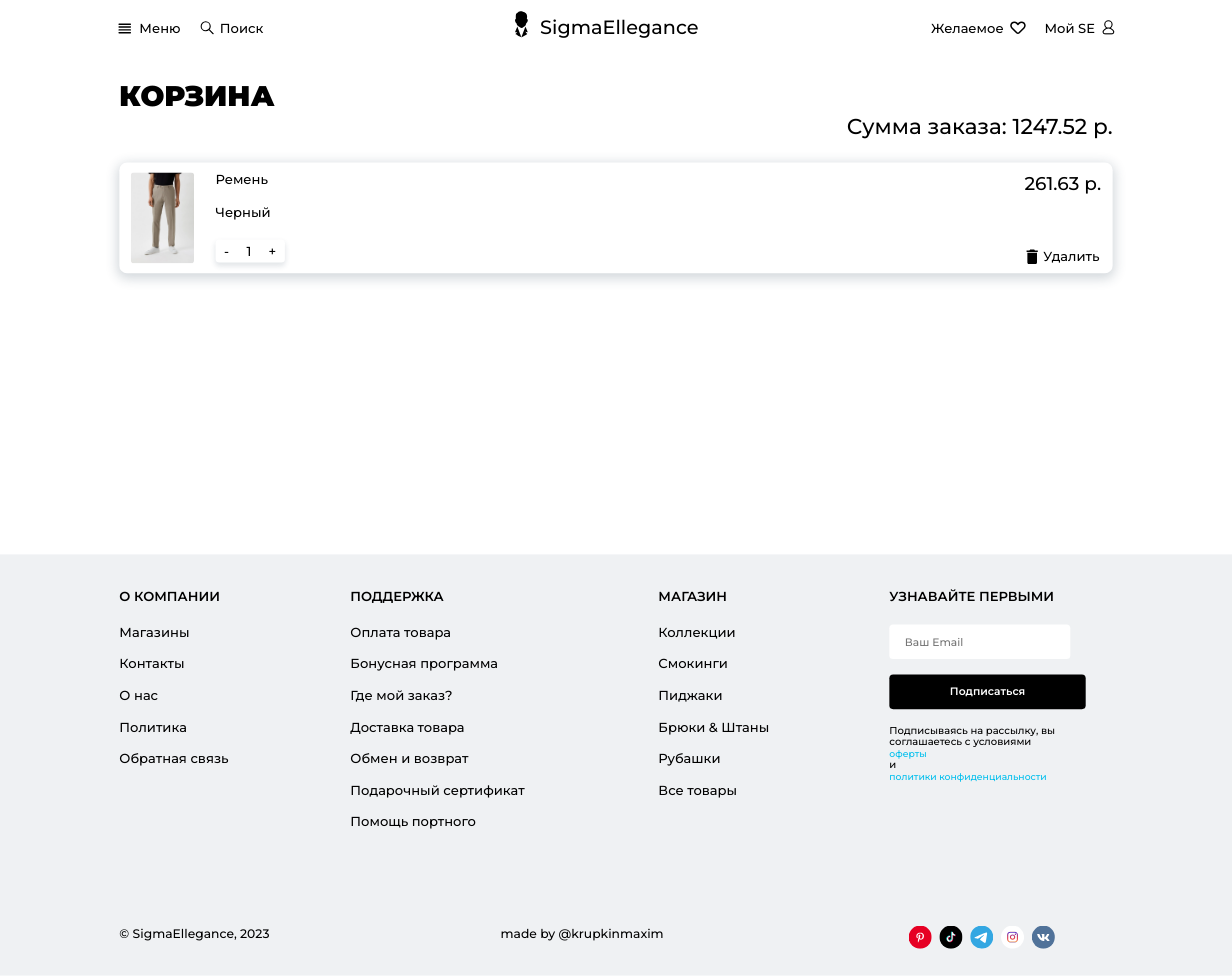
Repository: MaksimKrupkin/SigmaEllegance
Page: /cart
These files come from the project's save history. The page is drawn as it stood at one moment and after the next save; the edit follows.
The browser window is 1280 px wide. The page is 1600 px wide, so the pictures cover 1600 px, including what lies to the right of the window. The pictures show the whole page, at 77% of full size.
Some web fonts or font styles are not loaded; a fallback is used. The project was rebuilt for these pictures with package versions that can differ from the ones it lists, and the page was loaded fresh each time. Also part of the build but not shown: src/Components/SideBar/SideBar.module.css, src/Components/SideBar/SideBar.jsx, src/Pages/HomePage.module.css, src/Components/SliderWrapper/SliderWrapper.module.css, src/Components/SliderCard/SliderCard.module.css, src/Components/SliderCard/SliderCard.jsx, src/Components/LeftArrow/LeftArrow.module.css, src/Components/LeftArrow/LeftArrow.jsx and 31 more.

Above is the page before, as saved 2023-12-19 20:07:46.

### public/index.html
<!DOCTYPE html>
<html lang="en">
  <head>
    <meta charset="utf-8" />

    <meta name="viewport" content="width=device-width, initial-scale=1" />
    <link rel="icon" type="image/png" href="./favicon.png" sizes="32x32" />
    <link rel="preconnect" href="https://fonts.googleapis.com" />
    <link rel="preconnect" href="https://fonts.gstatic.com" crossorigin />
    <link
      href="https://fonts.googleapis.com/css2?family=Roboto:wght@400;500;700&display=swap"
      rel="stylesheet" />
    <link
      href="https://fonts.googleapis.com/css2?family=Montserrat:ital,wght@0,300;0,500;0,600;0,900;1,400;1,500&family=Roboto:wght@400;500;700&display=swap"
      rel="stylesheet" />
    <link rel="preconnect" href="https://fonts.googleapis.com" />
    <link rel="preconnect" href="https://fonts.gstatic.com" crossorigin />
    <link
      href="https://fonts.googleapis.com/css2?family=Montserrat:wght@300&family=Roboto:wght@400;500;700&display=swap"
      rel="stylesheet" />
    <link href="https://fonts.cdnfonts.com/css/montserrat" rel="stylesheet" />
    <title>SigmaEllegance</title>
  </head>
  <body>
    <div id="root"></div>
  </body>
</html>

### src/index.js
import React from 'react';
import ReactDOM from 'react-dom/client';
import App from './App';
import { BrowserRouter } from 'react-router-dom';

const root = ReactDOM.createRoot(document.getElementById('root'));
root.render(
  <React.StrictMode>
    <BrowserRouter>
      <App />
    </BrowserRouter>
  </React.StrictMode>,
);

### src/App.js
import React, { useState, useEffect, useRef } from 'react';
import Header from './Components/Header/Header';
import HomePage from './Pages/HomePage';
import styles from './App.module.css';
import GoodsPage from './Pages/GoodsPage/GoodsPage';
import OpenGoodPage from './Pages/OpenGoodPage/OpenGoodPage';
import Footer from './Components/Footer/Footer';
import { BrowserRouter, Route, Routes, useParams } from 'react-router-dom';
import AboutUs from './Pages/AboutUs/AboutUs';
import SearchPage from './Pages/SearchPage/SearchPage';
import Contacts from './Pages/Contacts/Contacts';
import Payment from './Pages/Payment/Payment';
import Cart from './Pages/Cart/Cart';

function App() {
  const { category, id } = useParams();
  const [sidebarOpen, setSidebarOpen] = useState(false);

  const closeSidebar = () => {
    setSidebarOpen(false);
  };

  useEffect(() => {
    const handleOutsideClick = (event) => {};

    document.addEventListener('mousedown', handleOutsideClick);

    return () => {
      document.removeEventListener('mousedown', handleOutsideClick);
    };
  }, []);
  return (
    <div className={styles.container}>
      <Header />
      <Routes>
        <Route path="/" element={<HomePage />} />
        <Route path="/goodspage/" element={<GoodsPage />} />
        <Route path="/goodspage/:category" element={<GoodsPage />} />
        <Route path="/goodspage/:category/:id" element={<OpenGoodPage />} />
        <Route path="/opengoodspage" element={<OpenGoodPage />} />
        <Route path="/opengoodspage/:category/:id" element={<OpenGoodPage />} />
        <Route path="/aboutUsPage" element={<AboutUs />} />
        <Route path="/searchPage" element={<SearchPage />} />
        <Route path="/contacts" element={<Contacts />} />
        <Route path="/payment" element={<Payment />} />
        <Route path="/cart" element={<Cart />} />
      </Routes>

      <Footer />
    </div>
  );
}

export default App;

### src/Components/Header/Header.jsx
import React from 'react';
import { useState } from 'react';
import { Link } from 'react-router-dom';
import styles from './Header.module.css';
import logo from '../../assets/img/logo.svg';
import icon1 from '../../assets/img/Icon1.svg';
import icon2 from '../../assets/img/icon2.svg';
import icon3 from '../../assets/img/icon3.svg';
import icon4 from '../../assets/img/icon4.svg';
import SideBar from '../SideBar/SideBar';

function Header() {
  const [toggleMenu, setToggleMenu] = useState(false);
  const HandleToggle = () => {
    setToggleMenu(!toggleMenu);
  };
  console.log(toggleMenu);
  return (
    <header className={styles.header}>
      <div className={styles.left_part}>
        <div onClick={HandleToggle} className={styles.menu}>
          <img className={styles.icon1} src={icon1} alt="" />
          <p>Меню</p>
        </div>
        {toggleMenu && <SideBar HandleToggle={HandleToggle} />}

        <Link to="/searchPage" className={styles.search}>
          <img className={styles.icon2} src={icon2} alt="" />
          <p>Поиск</p>
        </Link>
      </div>
      <Link to="/" className={styles.logo_part}>
        <img className={styles.logo} src={logo} alt="" />
        <p>SigmaEllegance</p>
      </Link>
      <div className={styles.right_part}>
        <Link to="/cart" className={styles.liked}>
          <p>Желаемое</p>
          <img className={styles.icon3} src={icon3} alt="" />
        </Link>
        <Link className={styles.purchases}>
          <p>Мой SE</p>
          <img className={styles.icon4} src={icon4} alt="" />
        </Link>
      </div>
    </header>
  );
}

export default Header;

### src/App.module.css
body {
  font-family: 'Montserrat', sans-serif;
  display: block;
  margin: 0 auto;
  padding: 0;
  width: 100%;
  position: relative;
  overflow-x: hidden;
}
.container {
  width: 1600px;
  display: block;
  margin: 0 auto;
}

*,
*::before,
*::after {
  box-sizing: border-box;
}

/* Links */

a,
a:link,
a:visited {
  text-decoration: none;
}

a:hover {
  text-decoration: none;
}

/* Common */

aside,
nav,
header,
section,
main {
  display: block;
}

h1,
h2,
h3,
h4,
h5,
h6,
p {
  font-size: inherit;
  font-weight: inherit;
}

ul,
ul li {
  list-style: none;
}

img {
  vertical-align: top;
}

img,
svg {
  max-width: 100%;
  height: auto;
}

address {
  font-style: normal;
}

/* Form */

input,
textarea,
button,
select {
  font-family: inherit;
  font-size: inherit;
  color: inherit;
  background-color: transparent;
}

input::-ms-clear {
  display: none;
}

button,
input[type='submit'] {
  display: inline-block;
  box-shadow: none;
  background-color: transparent;
  background: none;
  cursor: pointer;
}

input:focus,
input:active,
button:focus,
button:active {
  outline: none;
}

button::-moz-focus-inner {
  padding: 0;
  border: 0;
}

label {
  cursor: pointer;
}

legend {
  display: block;
}

### src/Components/Footer/Footer.jsx
import React from 'react';
import icon1 from '../../assets/img/pint.svg';
import icon2 from '../../assets/img/TT.svg';
import icon3 from '../../assets/img/TG.svg';
import icon4 from '../../assets/img/IG.svg';
import icon5 from '../../assets/img/VK.svg';
import styles from './Footer.module.css';

export default function Footer() {
  return (
    <footer className={styles.footer}>
      <div className={styles.column_1}>
        <a className={styles.column_title}>О компании</a>
        <a className={styles.column_item}> Магазины</a>
        <a className={styles.column_item}>Контакты</a>
        <a className={styles.column_item}>О нас</a>
        <a className={styles.column_item}>Политика</a>
        <a className={styles.column_item}>Обратная связь</a>
      </div>
      <div className={styles.column_2}>
        <a className={styles.column_title}>Поддержка</a>
        <a className={styles.column_item}> Оплата товара</a>
        <a className={styles.column_item}>Бонусная программа</a>
        <a className={styles.column_item}>Где мой заказ?</a>
        <a className={styles.column_item}>Доставка товара</a>
        <a className={styles.column_item}>Обмен и возврат</a>
        <a className={styles.column_item}>Подарочный сертификат</a>
        <a className={styles.column_item}>Помощь портного</a>
      </div>
      <div className={styles.column_3}>
        <a className={styles.column_title}>Магазин</a>
        <a className={styles.column_item}> Коллекции</a>
        <a className={styles.column_item}>Смокинги</a>
        <a className={styles.column_item}>Пиджаки</a>
        <a className={styles.column_item}>Брюки & Штаны</a>
        <a className={styles.column_item}>Рубашки</a>
        <a className={styles.column_item}>Все товары</a>
      </div>
      <div className={styles.footer_form}>
        <div className={styles.footer_form_title}>Узнавайте первыми</div>
        <form action={styles.text}>
          <input className={styles.footer_form_email} type="text" placeholder="Ваш Email" />
        </form>
        <div className={styles.footer_button}>
          <div className={styles.footer_link}>Подписаться</div>
        </div>
        <div className={styles.policy}>
          Подписываясь на рассылку, вы соглашаетесь с условиями{' '}
          <a href="" className={styles.policy_link}>
            оферты
          </a>{' '}
          и <a className={styles.policy_link}>политики конфиденциальности</a>{' '}
        </div>
      </div>
      <div className={styles.footer_border}>
        <img src="/img/Border.svg" alt="" />
      </div>
      <div className={styles.sigma_corp}>© SigmaEllegance, 2023</div>
      <div className={styles.made_by}>made by @krupkinmaxim</div>
      <div className={styles.social_networks}>
        <img className={styles.pintrest} src={icon1} alt="" />
        <img className={styles.tik_tok} src={icon2} alt="" />
        <img className={styles.telegram} src={icon3} alt="" />
        <img className={styles.instagram} src={icon4} alt="" />
        <img className={styles.vk} src={icon5} alt="" />
      </div>
    </footer>
  );
}

### src/Pages/Cart/Cart.jsx
import React from 'react';
import styles from './Cart.module.css';
import image from '../../assets/img/bruki-1.webp';
import { MdDelete } from 'react-icons/md';

export default function Cart() {
  return (
    <div className={styles.wrapper}>
      <div className={styles.container}>
        <div className={styles.title}>Корзина</div>
        <div className={styles.sum}>Сумма заказа: 1247.52 р.</div>
        <div className={styles.good_item}>
          <img className={styles.goods_img} src={image} alt="" />
          <div className={styles.goods_data}>
            <p className={styles.goods_type}>Ремень</p>
            <p className={styles.goods_color}>Черный</p>
            <div className={styles.goods_count}>
              <div>-</div>
              <div>1</div>
              <div>+</div>
            </div>
          </div>
          <div className={styles.right}>
            <p className={styles.goods_price}>261.63 р.</p>
            <div className={styles.goods_delete}>
              <MdDelete fontSize={25} />
              <p className={styles.delete_text}>Удалить</p>
            </div>
          </div>
        </div>
      </div>
    </div>
  );
}

### src/Components/Header/Header.module.css
.header {
  font-family: 'Montserrat', sans-serif;
  margin: 0 auto;
  width: 100%;
  height: 10vh;
  display: flex;
  justify-content: space-around;
  align-items: center;
}

.left_part {
  display: flex;
  justify-content: space-between;
  align-items: center;
  gap: 25px;
  color: #000;
  margin-bottom: -2px;

  font-family: Montserrat;
  font-size: 17px;
  font-style: normal;
  font-weight: 500;
  line-height: normal;
}
.menu {
  display: flex;
  justify-content: space-between;
  align-items: center;
  gap: 8px;
  cursor: pointer;
}
.menu:hover {
  color: rgb(80, 77, 77);
}
.icon1 {
  width: 22px;
  height: 22px;
  margin-bottom: 1px;
}
.search {
  display: flex;
  justify-content: space-between;
  align-items: center;
  gap: 8px;
  cursor: pointer;
  color: black;
}

.search:hover {
  color: rgb(80, 77, 77);
}
.icon2 {
  width: 18px;
  height: 18px;
  margin-bottom: 3px;
}

.logo_part {
  margin-bottom: 3px;
  display: flex;
  justify-content: space-between;
  align-items: center;

  color: #000;

  font-family: Montserrat;
  font-size: 25px;
  font-style: normal;
  font-weight: 400;
  line-height: normal;
  cursor: pointer;
}

.logo {
  width: 67.375px;
  height: 69.103px;
  flex-shrink: 0;
  margin-right: -10px;
}
.right_part {
  margin-bottom: -2px;
  display: flex;
  justify-content: space-between;
  align-items: center;
  gap: 23px;
  font-family: Montserrat;
  font-size: 17px;
  font-style: normal;
  font-weight: 500;
  line-height: normal;
}

.liked {
  color: black;
  display: flex;
  justify-content: space-between;
  align-items: center;
  gap: 8px;
  cursor: pointer;
}
.liked:hover {
  color: rgb(80, 77, 77);
}
.icon3 {
  width: 22px;
  height: 22px;
  margin-bottom: 3px;
}

.purchases {
  color: black;
  display: flex;
  justify-content: space-between;
  align-items: center;
  gap: 8px;
  cursor: pointer;
}
.purchases:hover {
  color: rgb(80, 77, 77);
}

.icon4 {
  width: 19px;
  height: 19px;
  margin-bottom: 3px;
}

### src/Components/Footer/Footer.module.css
.footer {
  background-color: #eff1f3;
  width: 1600px;
  height: 547px;
  position: absolute;
  overflow-y: hidden;
  margin-top: 0px;
}
a {
  display: block;
}

.column_1 {
  position: absolute;
  top: 45px;
  left: 155px;
}

.column_2 {
  position: absolute;
  top: 45px;
  left: 455px;
}

.column_3 {
  position: absolute;
  top: 45px;
  left: 855px;
}
.column_title {
  font-style: normal;
  font-weight: 600;
  font-size: 17px;
  line-height: 21px;
  text-transform: uppercase;
  color: #000000;
  margin-bottom: 25px;
}

.column_item {
  font-family: 'Montserrat';
  font-style: normal;
  font-weight: 400;
  font-size: 17px;
  line-height: 21px;
  color: #000000;
  margin-bottom: 20px;
  cursor: pointer;
}

.footer_form {
  position: absolute;
  top: 45px;
  left: 1155px;
}

.footer_form_title {
  font-style: normal;
  font-weight: 600;
  font-size: 17px;
  line-height: 21px;
  text-transform: uppercase;
  color: #000000;
  margin-bottom: 25px;
}
.footer {
  opacity: 1;
}
.footer_form_email {
  width: 235px;
  height: 45px;
  background-color: white;
  border: none;
  border-radius: 5px;
  font-style: normal;
  font-weight: 400;
  font-size: 14px;
  line-height: 17px;
  padding-left: 20px;
  color: rgba(0, 0, 0, 0.4);
}
.footer_form_email:focus {
  border: 2px solid black;
}

.footer_button {
  margin-top: 20px;
  margin-bottom: 20px;
  width: 255px;
  background-color: #000000;
  border-radius: 5px;
  text-align: center;
  font-style: normal;
  font-weight: 600;
  font-size: 14px;
  line-height: 45px;
  color: #ffffff;
  cursor: pointer;
}
.footer_link {
  color: #ffffff;
}

.policy {
  width: 254px;
  font-style: normal;
  font-weight: 400;
  font-size: 13px;
  line-height: 15px;
  color: #000000;
}
.policy_link {
  font-style: normal;
  font-weight: 400;
  font-size: 12px;
  line-height: 15px;
  color: #00bfed;
}

.footer_border {
  position: absolute;
  bottom: 120px;
}

.sigma_corp {
  position: absolute;
  left: 155px;
  bottom: 45px;

  font-weight: 500;
}

.made_by {
  position: absolute;
  left: 650px;
  bottom: 45px;
  font-weight: 500;
}

.social_networks {
  position: absolute;
  left: 1180px;
  bottom: 35px;
}
.pintrest {
  width: 30px;
  height: 30px;
  margin-right: 10px;
  transition: all 0.1s ease-in;
  cursor: pointer;
}
.pintrest:hover {
  width: 35px;
  height: 35px;
  transform: translateY(-3px);
}
.tik_tok {
  width: 30px;
  height: 30px;
  margin-right: 10px;
  transition: all 0.1s ease-in;
  cursor: pointer;
}
.tik_tok:hover {
  width: 35px;
  height: 35px;
  transform: translateY(-3px);
}
.telegram {
  width: 30px;
  height: 30px;
  margin-right: 10px;
  transition: all 0.1s ease-in;
  cursor: pointer;
}
.telegram:hover {
  width: 35px;
  height: 35px;
  transform: translateY(-3px);
}
.instagram {
  width: 30px;
  height: 30px;
  margin-right: 10px;
  transition: all 0.1s ease-in;
  cursor: pointer;
}
.instagram:hover {
  width: 35px;
  height: 35px;
  transform: translateY(-3px);
}
.vk {
  width: 30px;
  height: 30px;
  margin-right: 10px;
  transition: all 0.1s ease-in;
  cursor: pointer;
}
.vk:hover {
  width: 35px;
  height: 35px;
  transform: translateY(-3px);
}

### src/Pages/Cart/Cart.module.css
.wrapper {
  width: 1600px;
  min-height: 90vh;
  display: flex;
  justify-content: center;
}
.container {
  width: 1290px;
}
.title {
  margin-top: 30px;
  color: #000;

  font-family: Montserrat;
  font-size: 37px;
  font-style: normal;
  font-weight: 700;
  line-height: normal;
  text-transform: uppercase;
}
.sum {
  font-size: 28px;
  font-weight: 500;
  text-align: right;
  margin-bottom: 30px;
}
.good_item {
  padding: 15px;

  width: 100%;
  height: 20vh;
  border-radius: 10px;
  display: flex;
  justify-content: space-between;
  align-items: center;
  -webkit-box-shadow: 0px 4px 15px 3px rgba(34, 60, 80, 0.2);
  -moz-box-shadow: 0px 4px 15px 3px rgba(34, 60, 80, 0.2);
  box-shadow: 0px 4px 15px 3px rgba(34, 60, 80, 0.2);
}

.goods_img {
  width: 82px;
  border-radius: 4px;
}
.goods_data {
  display: flex;
  flex-direction: column;
  justify-content: space-between;
  gap: 21px;
  margin-left: -930px;
  font-size: 17px;
  font-weight: 500;
}
.goods_count {
  font-size: 17px;
  cursor: pointer;
  display: flex;
  align-items: center;
  justify-content: space-around;
  width: 90px;
  height: 30px;
  border-radius: 5px;
  margin: 0;

  -webkit-box-shadow: 0px 4px 7px 1px rgba(34, 60, 80, 0.12);
  -moz-box-shadow: 0px 4px 7px 1px rgba(34, 60, 80, 0.12);
  box-shadow: 0px 4px 7px 1px rgba(34, 60, 80, 0.12);
}
.goods_type {
  line-height: 17px;
  margin: 0;
}
.goods_color {
  line-height: 17px;
  padding-bottom: 5px;
  margin: 0;
  margin-top: 5px;
}
.right {
  height: 100%;
  display: flex;
  flex-direction: column;
  align-items: end;
  font-size: 17px;
  font-weight: 500;
  gap: 53px;
}
.goods_price {
  font-size: 24px;
  margin: 0;
  margin-top: -2px;
}
.goods_delete {
  margin: 0;
  margin-right: 2px;
  display: flex;
  justify-content: space-between;
  align-items: center;
  gap: 2px;
  cursor: pointer;
}

After the next save:
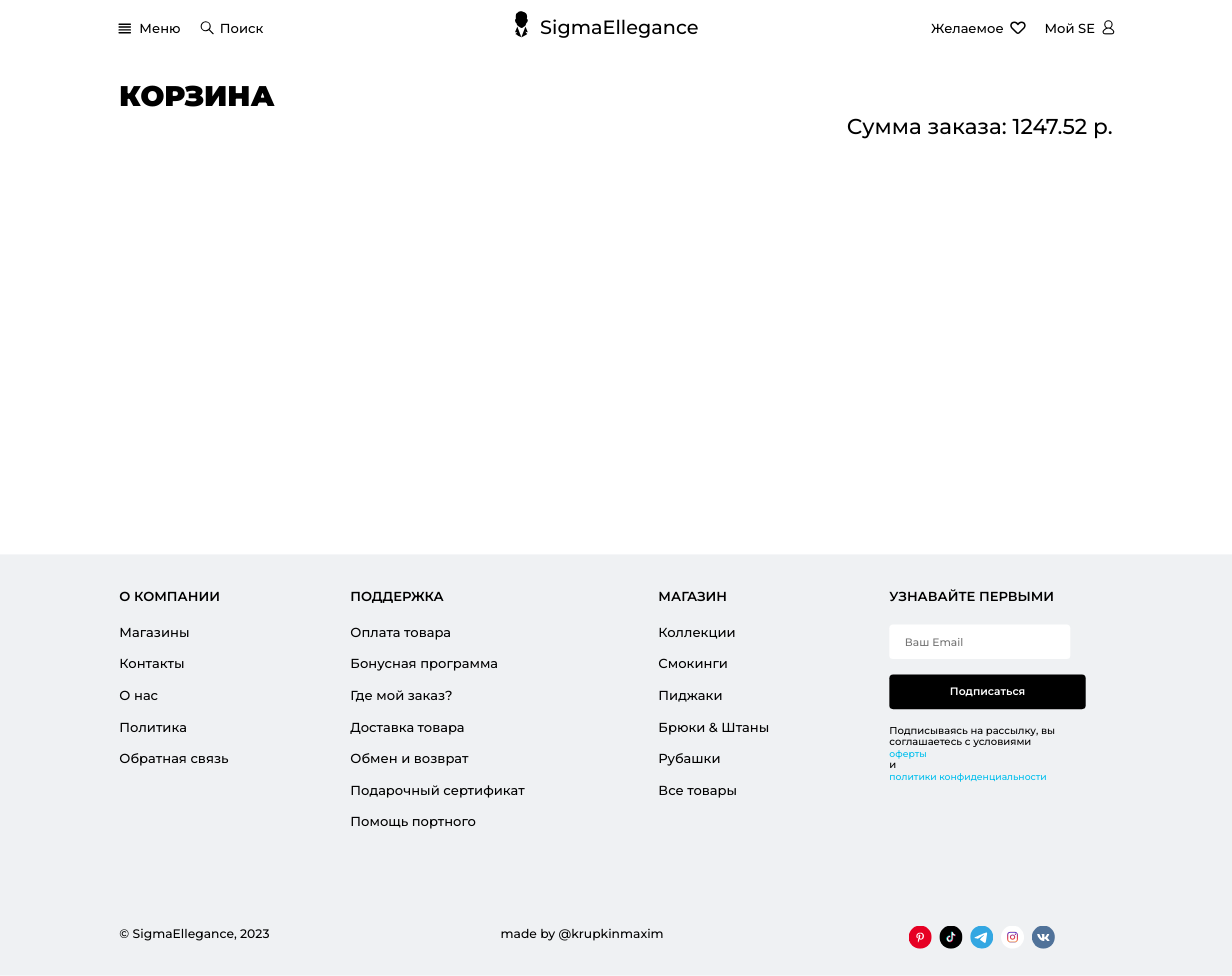
Saved 2 s later.
--- a/src/Pages/Cart/Cart.jsx
+++ b/src/Pages/Cart/Cart.jsx
@@ -9,25 +9,6 @@ export default function Cart() {
       <div className={styles.container}>
         <div className={styles.title}>Корзина</div>
         <div className={styles.sum}>Сумма заказа: 1247.52 р.</div>
-        <div className={styles.good_item}>
-          <img className={styles.goods_img} src={image} alt="" />
-          <div className={styles.goods_data}>
-            <p className={styles.goods_type}>Ремень</p>
-            <p className={styles.goods_color}>Черный</p>
-            <div className={styles.goods_count}>
-              <div>-</div>
-              <div>1</div>
-              <div>+</div>
-            </div>
-          </div>
-          <div className={styles.right}>
-            <p className={styles.goods_price}>261.63 р.</p>
-            <div className={styles.goods_delete}>
-              <MdDelete fontSize={25} />
-              <p className={styles.delete_text}>Удалить</p>
-            </div>
-          </div>
-        </div>
       </div>
     </div>
   );
